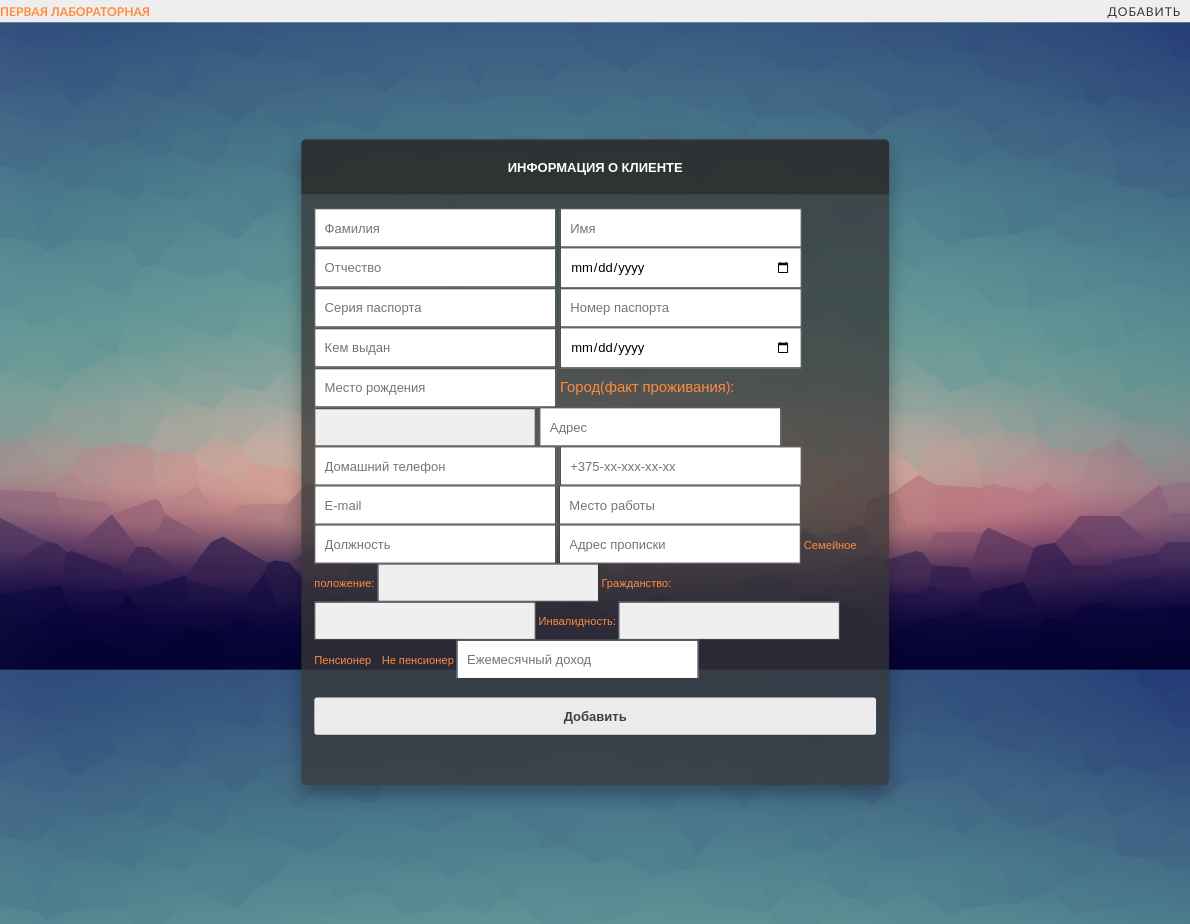
Repository: KosiloVeronika/workspace
Page: http://localhost/adbLab1/jsp/add_edit.jsp
The author's editor kept a copy of each file at every save. The page is drawn from the files as they stood at one save, then again after the next save.
The browser window is 1280 px wide. The pictures show the whole page, at 93% of full size.
Backgrounds fixed to the window are drawn as part of the page. Some web libraries are served in a nearby version. The page is served by Tomcat 9. The template is opened directly, without the code that normally fills it, so the values that code supplies are empty.

Above is the page before, as saved 2015-10-12 22:00:23.

After the next save:
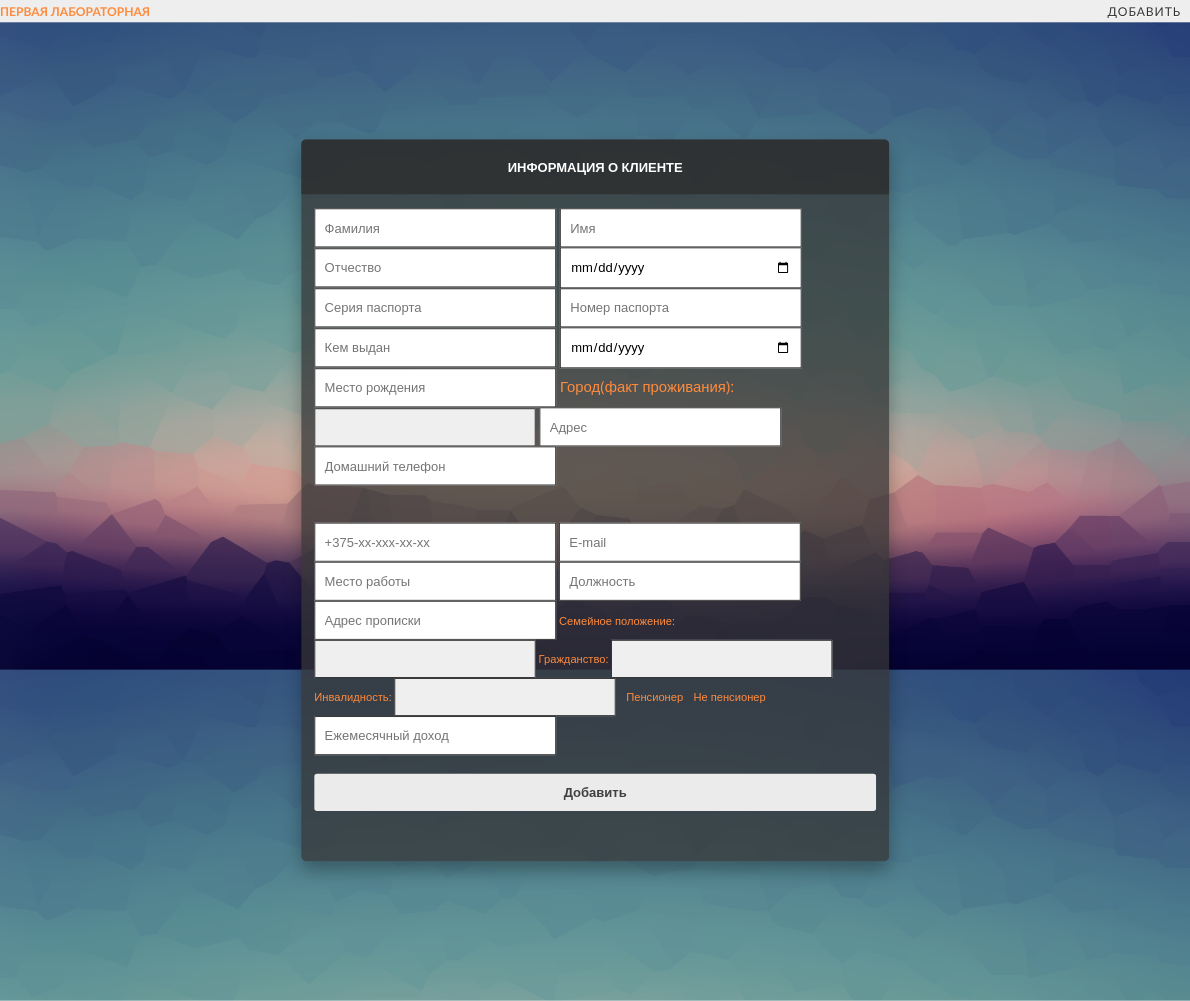
Saved 30 s later.
--- a/adbLab1/WebContent/css/style.css
+++ b/adbLab1/WebContent/css/style.css
@@ -183,6 +183,7 @@
 #login-form fieldset form span {
 	font-size: 12px;
 	margin-top: 40px;
+	float: right;
 }
 
 #login-form fieldset form span a{

After the 3 saves that followed:
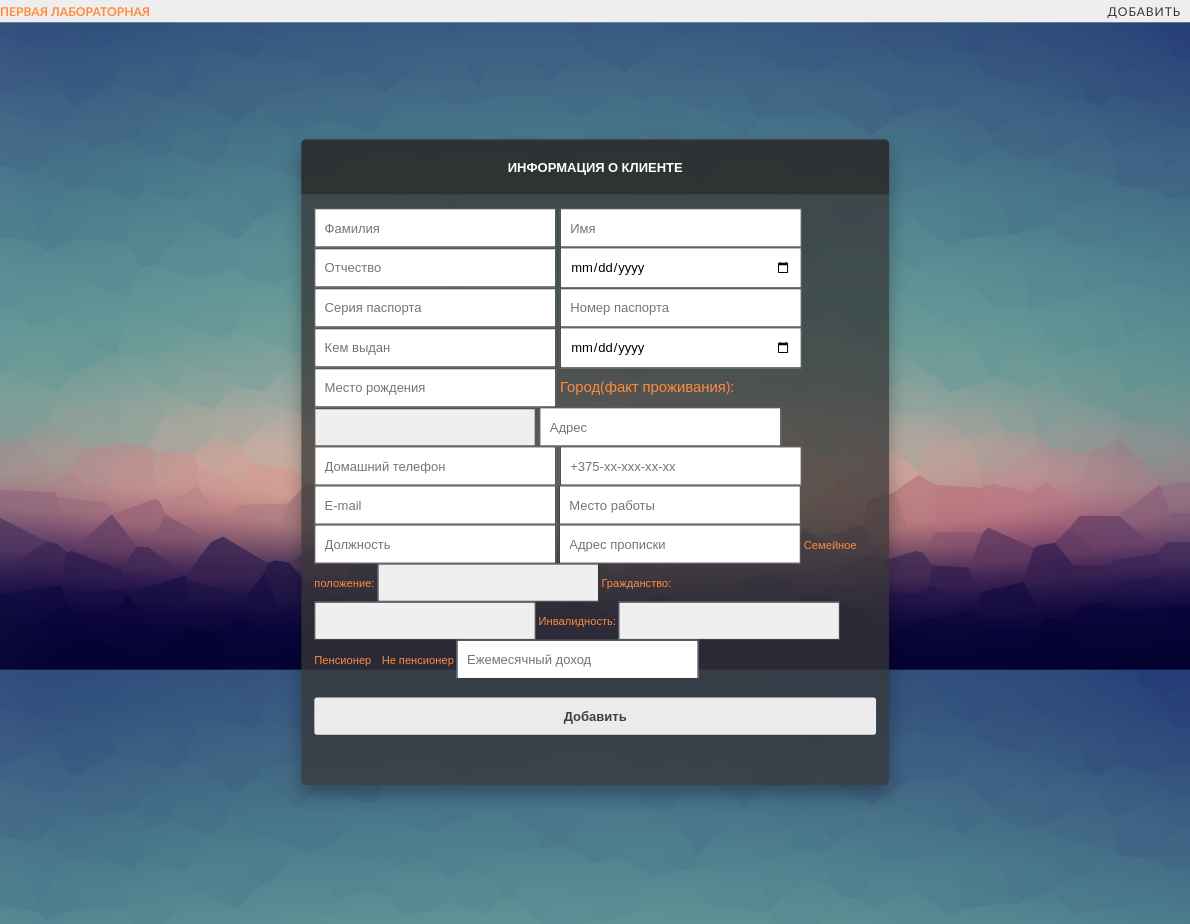
The 3 saves are shown as one change because 2 left the picture as it was.
The last was saved 48 s later.
--- a/adbLab1/WebContent/css/style.css
+++ b/adbLab1/WebContent/css/style.css
@@ -183,7 +183,7 @@
 #login-form fieldset form span {
 	font-size: 12px;
 	margin-top: 40px;
-	float: right;
+
 }
 
 #login-form fieldset form span a{
